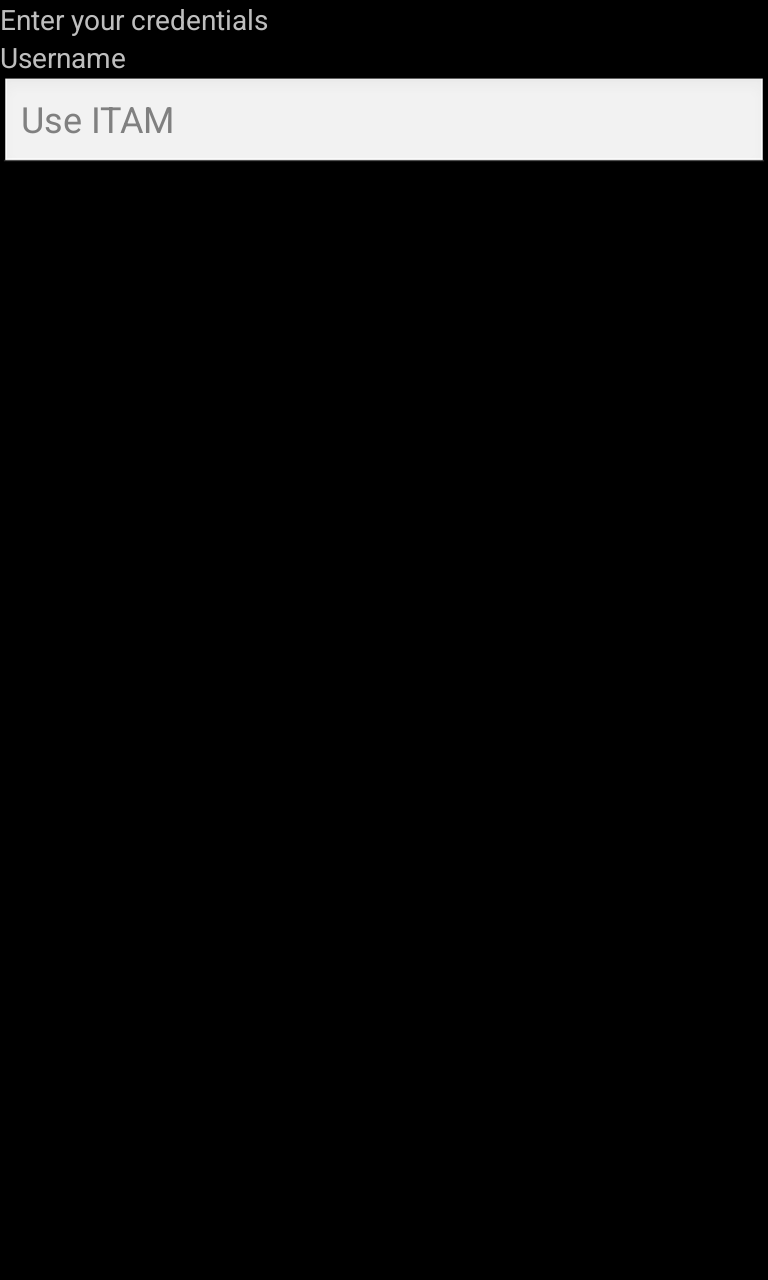
Repository: cogitovsmachina/Curso-Android-en-ITAM
Layout: SimpleLoginForm/res/layout/main.xml
These files come from the project's save history. The layout is drawn as it stood at one moment and after the next save; the edit follows.
It is drawn on a 768 x 1280 px phone screen (xhdpi) without system bars, with theme android:Theme; the app's code is not run.

Above is the layout before, as saved 2011-07-05 14:47:06.

### SimpleLoginForm/res/layout/main.xml
<?xml version="1.0" encoding="utf-8"?>
<LinearLayout xmlns:android="http://schemas.android.com/apk/res/android"
    android:orientation="vertical"
    android:layout_width="fill_parent"
    android:layout_height="fill_parent"
    >
<TextView
    android:layout_width="fill_parent"
    android:layout_height="wrap_content"
    android:text="@string/hello"
    />
<TextView
    android:layout_width="fill_parent"
    android:layout_height="wrap_content"
    android:text="Username"
    />
 <EditText
    android:layout_width="fill_parent"
    android:layout_height="wrap_content"
    android:hint="Use ITAM"
    android:id="@+id/username"
    />
<TextView
    android:layout_width="fill_parent"
    android:layout_height="wrap_content"
    android:text=""
    />
</LinearLayout>

### SimpleLoginForm/res/values/strings.xml
<?xml version="1.0" encoding="utf-8"?>
<resources>
    <string name="hello">Enter your credentials</string>
    <string name="app_name">SimpleLoginForm</string>
</resources>

After the next save:
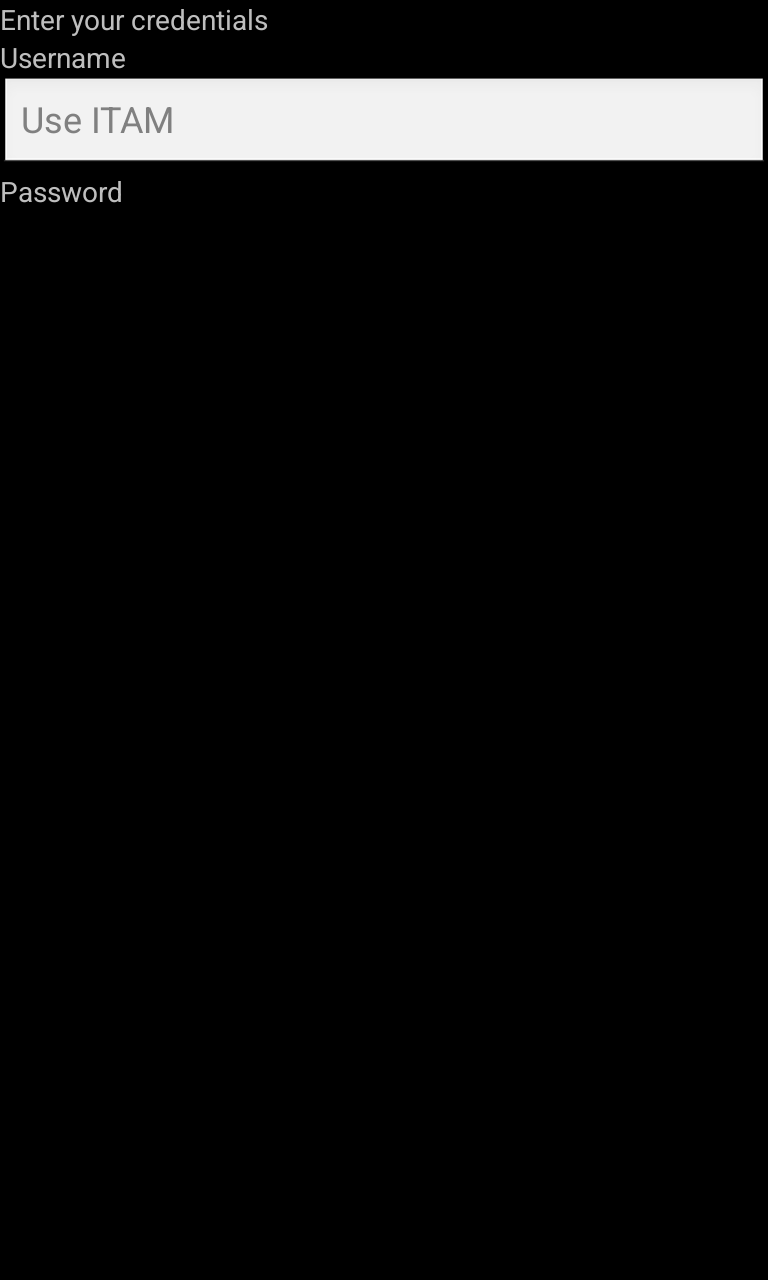
Saved 6 s later.
--- a/SimpleLoginForm/res/layout/main.xml
+++ b/SimpleLoginForm/res/layout/main.xml
@@ -23,6 +23,6 @@
 <TextView
     android:layout_width="fill_parent"
     android:layout_height="wrap_content"
-    android:text=""
+    android:text="Password"
     />
 </LinearLayout>
